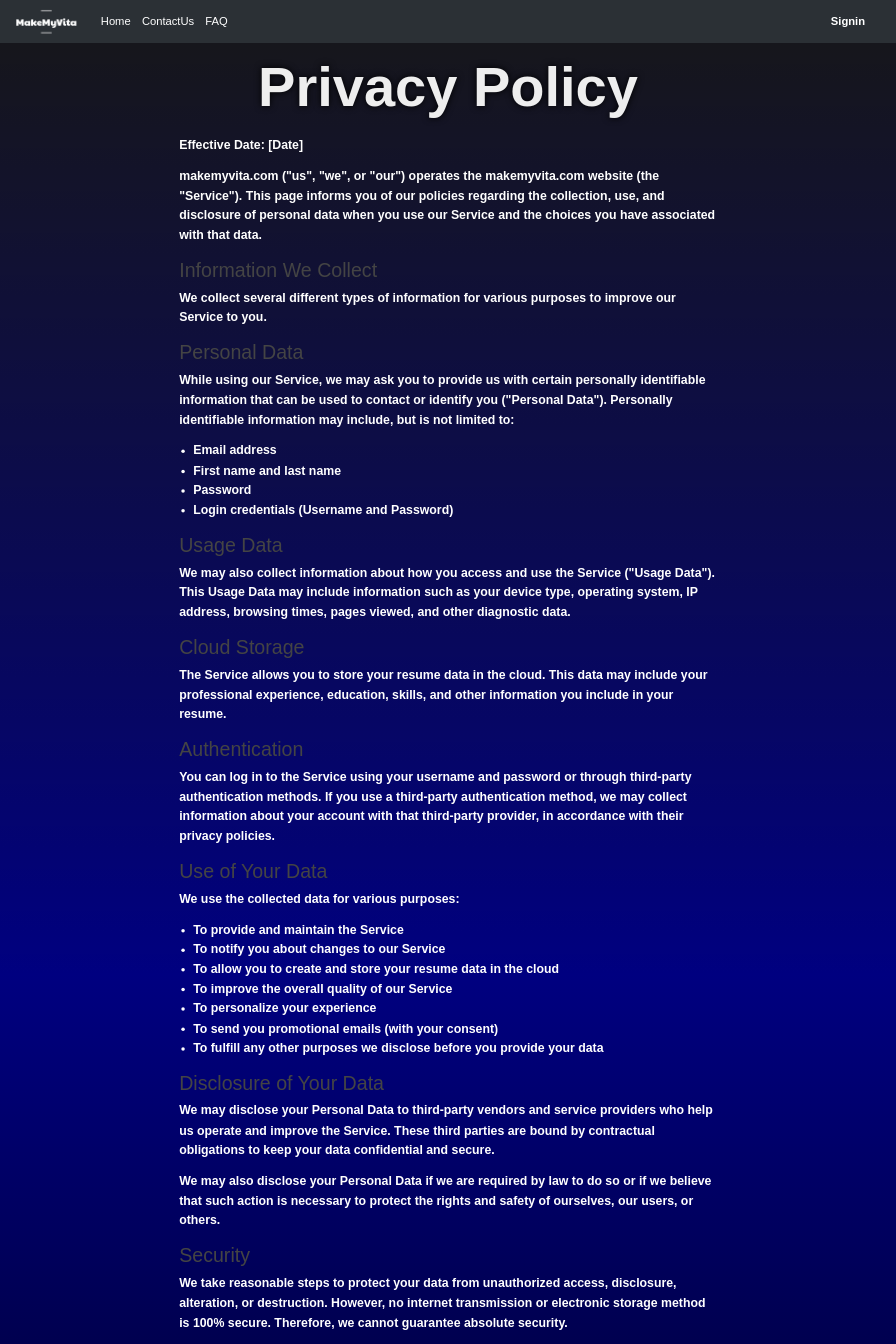
Repository: Tejaakshaykumar/MakeMyVita-Resume-Builder-Website
Page: /privacy (app in frontend/)
The author's editor kept a copy of each file at every save. The page is drawn from the files as they stood at one save, then again after the next save.
The browser window is 1280 px wide. The pictures show the part of the page from y = 0 to 1920 px (the page is 2976 px tall before and 3085 px after), at 70% of full size.
Some web libraries are served in a nearby version. The project was rebuilt for these pictures with package versions that can differ from the ones it lists, and the page was loaded fresh each time. Also part of the build but not shown: frontend/src/App.css, frontend/src/containers/About.js, frontend/src/containers/Buildresume.js, frontend/src/containers/Images.js, frontend/src/containers/Features.js, frontend/src/containers/Review.js, frontend/src/containers/Trybox.js, frontend/src/containers/Motionbox.js and 5 more.

Above is the page before, as saved 2024-06-10 12:01:26.

### frontend/public/index.html
<!DOCTYPE html>
<html lang="en">
  <head>
    <meta charset="utf-8" />
    <link rel="icon" href="%PUBLIC_URL%/favicon.ico" />
    <meta name="viewport" content="width=device-width, initial-scale=1" />
    <meta name="theme-color" content="#000000" />
    <meta
      name="description"
      content="Web site created using create-react-app"
    />
    <link rel="apple-touch-icon" href="%PUBLIC_URL%/logo192.png" />
    <!--
      manifest.json provides metadata used when your web app is installed on a
      user's mobile device or desktop. See https://developers.google.com/web/fundamentals/web-app-manifest/
    -->
    <link rel="manifest" href="%PUBLIC_URL%/manifest.json" />
    <link rel="stylesheet" href="https://stackpath.bootstrapcdn.com/bootstrap/4.5.2/css/bootstrap.min.css">
  <link rel="stylesheet" href="https://stackpath.bootstrapcdn.com/font-awesome/4.7.0/css/font-awesome.min.css">
  <link href="https://cdn.jsdelivr.net/npm/bootstrap@5.3.3/dist/css/bootstrap.min.css" rel="stylesheet" integrity="sha384-QWTKZyjpPEjISv5WaRU9OFeRpok6YctnYmDr5pNlyT2bRjXh0JMhjY6hW+ALEwIH" crossorigin="anonymous">
  <link href="https://cdn.jsdelivr.net/npm/bootstrap-icons@1.7.2/font/bootstrap-icons.css" rel="stylesheet">
    <!--
      Notice the use of %PUBLIC_URL% in the tags above.
      It will be replaced with the URL of the `public` folder during the build.
      Only files inside the `public` folder can be referenced from the HTML.

      Unlike "/favicon.ico" or "favicon.ico", "%PUBLIC_URL%/favicon.ico" will
      work correctly both with client-side routing and a non-root public URL.
      Learn how to configure a non-root public URL by running `npm run build`.
    -->
    <title>React App</title>
  </head>
  <body>
    <noscript>You need to enable JavaScript to run this app.</noscript>
    <div id="root"></div>
    <!--
      This HTML file is a template.
      If you open it directly in the browser, you will see an empty page.

      You can add webfonts, meta tags, or analytics to this file.
      The build step will place the bundled scripts into the <body> tag.

      To begin the development, run `npm start` or `yarn start`.
      To create a production bundle, use `npm run build` or `yarn build`.
    -->
  </body>
  <script src="https://cdn.jsdelivr.net/npm/bootstrap@5.3.3/dist/js/bootstrap.bundle.min.js" integrity="sha384-YvpcrYf0tY3lHB60NNkmXc5s9fDVZLESaAA55NDzOxhy9GkcIdslK1eN7N6jIeHz" crossorigin="anonymous"></script>
</html>

### frontend/src/containers/Navbar.js
import React from 'react';
import { useNavigate } from 'react-router-dom';
import logo from '../images/HubSpot Brand Kit/Logo/PNG/main-logo-white-transparent.png';
export default function Navbar() {
  const navigate = useNavigate();
  const handleSigninClick = () => {
    navigate('/signin');
  };
  return (
    <div>

      <nav className="navbar fixed-top navbar-expand-lg bg-body-tertiary" data-bs-theme="dark" >
      <div className="container-fluid" >
        <a className="navbar-brand" href="/">
        <img src={logo} alt="Logo" style={{height:'5vh',width:'15vh',objectFit:'cover'}} />
        </a>
        <button
          className="navbar-toggler"
          type="button"
          data-bs-toggle="collapse"
          data-bs-target="#navbarSupportedContent"
          aria-controls="navbarSupportedContent"
          aria-expanded="false"
          aria-label="Toggle navigation"
        >
          <span className="navbar-toggler-icon" />
        </button>
        <div className="collapse navbar-collapse" id="navbarSupportedContent">
          <ul className="navbar-nav me-auto mb-2 mb-lg-0">
            <li className="nav-item">
              <a className="nav-link active" aria-current="page" href="/">
                Home
              </a>
            </li>
            <li className="nav-item">
              <a className="nav-link active" aria-current="page" href="#">
                ContactUs
              </a>
            </li>
            <li className="nav-item">
              <a className="nav-link active" aria-current="page" href="/FAQ">
                FAQ
              </a>
            </li>
          </ul>
          <form className="d-flex">
            <button className=" btn btn-outline-success custom-btn" type="submit" onClick={handleSigninClick}>
            &nbsp;&nbsp;&nbsp;&nbsp;&nbsp;Signin&nbsp;&nbsp;&nbsp;&nbsp;&nbsp;
            </button>
          </form>
        </div>
      </div>
    </nav>

    </div>
  );
}

### frontend/src/containers/Foot.js
import React from 'react';
import './cont.css'; // Import the CSS file

export default function Foot() {
  return (
    <footer>
      <div className="footer-container ">
        <ul className="footer-nav">
        <li className="nav-item">
            <a className="nav-link" href="/aboutus">
              ABOUT US
            </a>
          </li>
          <>|</>
          <li className="nav-item">
            <a className="nav-link" href="/T&C">
              TERMS & CONDITIONS
            </a>
          </li>
          <>|</>
        <li className="nav-item">
            <a className="nav-link" href="/privacy">
              PRIVACY POLICY
            </a>
          </li>
          <>|</>
          <li className="nav-item">
            <a className="nav-link" href="#">
              CONTACT US
            </a>
          </li>
          <>|</>
          <li className="nav-item">
            <a className="nav-link" href="/FAQ">
              FAQs
            </a>
          </li>
        </ul>
        <div class="social-icons">
        <a href="https://www.facebook.com" target="_blank" aria-label="Facebook">
          <i class="bi bi-facebook"></i>
        </a>
        <a href="https://www.instagram.com" target="_blank" aria-label="Instagram">
          <i class="bi bi-instagram"></i>
        </a>
        <a href="https://www.pinterest.com" target="_blank" aria-label="Pinterest">
          <i class="bi bi-pinterest"></i>
        </a>
        <a href="https://www.youtube.com" target="_blank" aria-label="YouTube">
          <i class="bi bi-youtube"></i>
        </a>
        <a href="https://www.linkedin.com" target="_blank" aria-label="LinkedIn">
          <i class="bi bi-linkedin"></i>
        </a>
        <a href="https://www.twitter.com" target="_blank" aria-label="Twitter">
          <i class="bi bi-twitter"></i>
        </a>
      </div>
      <div className="footer-copy">
          &copy; 2024 developed by Teja Akshay Kumar
      </div>
      </div>
    </footer>
  );
}

### frontend/src/containers/cont.css
/* navbar */
.custom-btn {
  color: white;
}
.custom-btn:hover {
  color: black;
  background-color: white;
}

.footer-container {
  height: 25vh;
  width: 100%;
  background-color: rgb(0, 0, 0);
  color: white;
  display: flex;
  flex-direction: column;
  align-items: center;
  /* padding-bottom: 3%; */
  /* justify-content: center; */
}

.footer-nav {
  display: flex;
  list-style: none;
  padding-top: 30px;
  margin: 0;
}

.footer-nav .nav-item {
  margin: 0 50px;
}

.footer-nav .nav-item .nav-link {
  color: white;
  text-decoration: none;
  /* text-transform: uppercase; */
  /* text-decoration: underline; */
}

.footer-nav .nav-item .nav-link:hover {
  text-decoration: underline;
}

.footer-copy {
  /* padding-top: 5%; */
  text-align: center;
  font-size: large;
  font-weight: 500;
  /* padding-bottom: 3%; */
}

.social-icons {
  display: flex;
  justify-content: center;
  gap: 40px;
  padding: 40px;
  /* background-color: #f0f0f0; */
}

.social-icons a {
  color: #ffffff;
  font-size: 24px;
  text-decoration: none;
}

.social-icons a:hover {
  color: #007bff;
}

/* Features */

.feature-component {
  height: 90vh;
  width: 100%;
  display: flex;
  justify-content: flex-start;
  flex-wrap: wrap;
  margin-top: 10%;
  padding-left: 8%;
  padding-right: 8%;
}
.feature {
  flex: 1 1 30%;
  box-sizing: border-box;
  padding: 20px;
  margin: 10px;
  text-align: center;
  background-color: #fff;
  border-radius: 8px;
  /* box-shadow: 0 4px 8px rgba(0, 0, 0, 0.1); */
}

.feature img {
  width: 60px;
  height:80px;
  margin-bottom: 10px;
}

.feature h3 {
  font-size: 1.5em;
  margin-bottom: 10px;
  font-weight: 500;
  font-family:'Franklin Gothic Medium', 'Arial Narrow', Arial, sans-serif;
}

.feature p {
  font-size: 1.3em;
  color: #666;
  font-weight: 400;
  font-family: 'Gill Sans', 'Gill Sans MT', Calibri, 'Trebuchet MS', sans-serif;
}

.feature:hover {
  background: linear-gradient(to right, #fd4908, #1e90ff);
  box-shadow: black;
  border-radius: 5%;
  color: rgb(255, 255, 255);
}

.feature:hover h3,
.feature:hover p {
  color: rgb(255, 255, 255);
}

/* About */
.resume-builder-container {
  display: flex;
  flex-direction: row;
  justify-content: space-between;
  align-items: center;
  padding: 10vh;
  /* background-color: #fff; */
  background: linear-gradient(to right, #84eefc, #ffffff, #ffffff);
  /* background:linear-gradient(to left, #00e1ff,#ffffff, #ffffff); */
  /* border: 1px solid #ddd; */
  /* border-radius: 8px; */
  /* box-shadow: 0 2px 4px rgba(0, 0, 0, 0.1); */
  height: 80vh;
}

.resume-builder-container1 {
  display: flex;
  flex-direction: row;
  justify-content: space-between;
  align-items: center;
  padding: 10vh;
  height: 80vh;
  background: linear-gradient(to top, #ffffff, #59CE8F,#E8F9FD, #ffffff);
}

/* .resume-builder-image {
    -webkit-mask-image: radial-gradient(circle, rgba(0, 0, 0, 1) 50%, rgba(0, 0, 0, 0) 90%);
    mask-image: radial-gradient(circle, rgba(0, 0, 0, 1) 50%, rgba(0, 0, 0, 0) 90%);
  }
   */
.resume-builder-content {
  max-width: 60%;
  padding: 10%;
}

.resume-builder-content1 {
  max-width: 70%;
  padding: 10%;
}

.resume-builder-content h1 {
  font-size: 4em;
  color: #333;
  margin-bottom: 10px;
  font-family: "Franklin Gothic Medium", "Arial Narrow", Arial, sans-serif;
  text-align: left;
}

.resume-builder-content p {
  font-size: 1.4em;
  font-weight: 400;
  color: #666;
  line-height: 1.5;
  margin-bottom: 20px;
  /* padding-left: 2%; */
  /* text-align: center; */
}

.resume-builder-content1 h1 {
  font-size: 4em;
  color: #333;
  margin-bottom: 10px;
  font-family: "Franklin Gothic Medium", "Arial Narrow", Arial, sans-serif;
  text-align: left;
}

.resume-builder-content1 p {
  font-size: 1.4em;
  font-weight: 400;
  color: #666;
  line-height: 1.5;
  margin-bottom: 20px;
  /* padding-left: 2%; */
  /* text-align: center; */
}

.aboutbutton {
  height: 6vh;
  width: 27%;
  margin-left: 20%;
  margin-top: 2%;
  text-align: center;
  font-weight: 500;
  border-radius: 7px;
  color: #ffffff;
  font-weight: 700;
  transition: background 0.3s ease;
  /* border-style:solid; */
  border-color: white;
  background: #3e14fc;
  box-shadow: 0 2px 6px rgba(24, 23, 23, 0.801);
  /* box-shadow: #3e14fc; */
}
.aboutbutton:hover {
  transition: background 0.3s ease;
  border-style: solid;
  background: linear-gradient(to right, #ffd000, #ff0000);
  box-shadow: #3e14fc;
}

.create-now-button {
  background-color: #00b0ff;
  color: #fff;
  border: none;
  padding: 10px 20px;
  font-size: 1em;
  border-radius: 5px;
  cursor: pointer;
}

.create-now-button:hover {
  background-color: #008cba;
}

.resume-builder-image {
  max-width: 40%;
}

.resume-builder-image img {
  max-width: 100%;
  height: auto;
  border-radius: 8px;
}

.text-gradient {
  background: linear-gradient(to right, #ff7f50, #1e90ff);
  -webkit-background-clip: text;
  -webkit-text-fill-color: transparent;
  background-clip: text;
  color: transparent;
}

.icon-container {
  width: 100%;
  height: 100px;
  overflow: hidden;
  white-space: nowrap;
  position: relative;
  background-color: #ffffff;
  padding-bottom: 25px;
}

.icons {
  display: inline-block;
  animation: moveIcons 40s linear infinite;
}

.icons img {
  font-size: 24px;
  margin: 0 15px; /* Add some margin between icons */
  color: #333;
  /* width: 100px; Adjust the size as needed */
  height: 50px;
}

@keyframes moveIcons {
  0% {
    transform: translateX(70%);
  }
  100% {
    transform: translateX(-100%);
  }
}

.try {
  height: 30vh;
  width: 100%;
  background-image: url("C:/Users/tejaa/Downloads/pexels-magda-ehlers-pexels-1279813.jpg");
  background-size: cover;
  align-items: center;
  display: flex;
  flex-direction: column;
  justify-content: center;
  margin-bottom: 7vh;
  margin-top: 5vh;
}

.try h2 {
  font-size: 280%;
  color: antiquewhite;
  text-shadow: 5px 5px 3px rgba(0, 0, 0, 0.3);
}
.try button {
  height: 4vh;
  width: 15%;
  font-weight: 700;
  border-radius: 5cm;
  color: blanchedalmond;
  border: #ffffff;
  background: linear-gradient(to right, #fd0808, #a51eff);
}

/* Review */
/* Styles for the main container */
/* Swiper specific styles */
/* #App {
  height: 100%;
}
html,
body {
  position: relative;
  height: 100%;
}

body {
  background: #eee;
  font-family: Helvetica Neue, Helvetica, Arial, sans-serif;
  font-size: 14px;
  color: #000;
  margin: 0;
  padding: 0;
} */
.swiper-container {
  /* position: relative; */
  height: 30vh;
  background: #ffffff;
  font-family: Helvetica Neue, Helvetica, Arial, sans-serif;
  font-size: 14px;
  color: #000;
  margin: 30px;
  padding: 10px;
  display: flex;
  flex-direction: row;
  justify-content: center;
}

.swiper {
  width: 100%;
  height: 100%;
}

.swiper-slide {
  text-align: center;
  font-size: 18px;
  background: #ffffff;
  display: flex;
  justify-content: center;
  align-items: center;
  padding-top: 20%;
  /* margin: 5%; */
}

.swiper-slide img {
  display: block;
  width: 100%;
  height: 100%;
  object-fit: cover;
}

.autoplay-progress {
  position: absolute;
  right: 16px;
  bottom: 16px;
  z-index: 10;
  width: 48px;
  height: 48px;
  display: flex;
  align-items: center;
  justify-content: center;
  font-weight: bold;
  color: var(--swiper-theme-color);
}

.autoplay-progress svg {
  --progress: 0;
  position: absolute;
  left: 0;
  top: 0px;
  z-index: 10;
  width: 100%;
  height: 100%;
  stroke-width: 4px;
  stroke: var(--swiper-theme-color);
  fill: none;
  stroke-dashoffset: calc(125.6px * (1 - var(--progress)));
  stroke-dasharray: 125.6;
  transform: rotate(-90deg);
}

### frontend/src/pages/pagestyles.css
/* TandC */

.tandc-container {
    max-width: 100%;
    padding: 6% 20%;
    font-family: Arial, sans-serif;
    background: linear-gradient(to top,rgb(0, 0, 0),navy,rgba(0, 0, 0, 0.911));
    color:#eee;
    margin-bottom: -2%;

  }

  .tandc-container h1 {
    text-align: center;
    margin-bottom: 20px;
    font-weight: 700;
    color: #eee;
    font-size: 5rem;
    text-shadow: 0px 0px 10px rgb(0, 0, 0);
  }

  .tandc-container h2 {
    margin-top: 30px;
    color: #eee;
    font-weight: 700;
    font-size: 1.7rem;
    text-shadow: 0px 0px 10px rgba(0, 0, 0, 0.884);
  }

  .tandc-container p {
    line-height: 1.6;
    font-weight: 600;
    font-size: 1.1rem;
  }

  .tandc-container ul {
    list-style-type: disc;
    padding-left: 20px;
    font-weight: 600;
    font-size: 1.1rem;
  }

  .tandc-container a {
    color: #1a73e8;
    text-decoration: none;
  }

  .tandc-container a:hover {
    text-decoration: underline;
  }


  /* Privacy */
  .privacy-container {
    max-width: 100%;
    padding: 6% 20%;
    font-family: 'Arial', sans-serif;
    color: #ffffff;
    line-height: 1.6;
    background: linear-gradient(to top,rgb(0, 0, 0),navy,rgba(0, 0, 0, 0.911));
    /* border-radius: 8px; */
    /* box-shadow: 0 0 10px rgba(0, 0, 0, 0.1); */
    margin-bottom: -2%;
  }

  .privacy-container h1 {
    text-align: center;
    margin-bottom: 20px;
    font-weight: 700;
    color: #eee;
    font-size: 5rem;
    text-shadow: 0px 0px 10px rgb(0, 0, 0);
  }

  .privacy-container h2 {
    color: #444;
    font-size: 1.75rem;
    margin-top: 20px;
  }

  .privacy-container h3 {
    margin-top: 30px;
    color: #eee;
    font-weight: 700;
    font-size: 1.7rem;
    text-shadow: 0px 0px 10px rgba(0, 0, 0, 0.884);
  }

  .privacy-container p {
    line-height: 1.6;
    font-weight: 600;
    font-size: 1.1rem;
  }

  .privacy-container ul {
    list-style-type: disc;
    padding-left: 20px;
    font-weight: 600;
    font-size: 1.1rem;
  }

  .privacy-container a {
    color: #1a73e8;
    text-decoration: none;
  }

  .privacy-container a:hover {
    text-decoration: underline;
  }

  @media (max-width: 600px) {
    .privacy-container {
      padding: 10px;
    }

    h1 {
      font-size: 2rem;
    }

    h2 {
      font-size: 1.5rem;
    }

    h3 {
      font-size: 1.25rem;
    }
  }

  /* Aboutus */
  .about-container {
    font-family: 'Arial', sans-serif;
    color: #fff;
    max-width: 1200px;
    margin: 0 auto;
    padding: 20px;
    background-color: #000; /* For overall contrast, adjust as needed */
  }

  .about-top {
    position: relative;
    text-align: center;
    color: white;
  }

  .about-image {
    width: 100%;
    height: auto;
    border-radius: 10px;
    opacity: 0.8;
  }

  .about-content {
    position: absolute;
    top: 50%;
    left: 50%;
    transform: translate(-50%, -50%);
    background-color: rgba(0, 0, 0, 0.5); /* Semi-transparent background */
    padding: 20px;
    border-radius: 10px;
    max-width: 90%;
    text-align: left;
  }

  .about-content h1 {
    font-size: 3rem;
    margin-bottom: 10px;
  }

  .about-content p {
    font-size: 1.2rem;
  }

  .about-bottom {
    background-color: #222;
    padding: 40px;
    border-radius: 10px;
    margin-top: 20px;
  }

  .about-bottom h2 {
    font-size: 2rem;
    margin-bottom: 20px;
  }

  .about-bottom p,
  .about-bottom ul {
    font-size: 1.2rem;
    line-height: 1.6;
  }

  .about-bottom ul {
    list-style-type: disc;
    padding-left: 20px;
  }

  .about-bottom h3 {
    font-size: 1.5rem;
    margin-top: 20px;
  }

  @media (max-width: 768px) {
    .about-content h1 {
      font-size: 2rem;
    }

    .about-content p {
      font-size: 1rem;
    }

    .about-bottom h2 {
      font-size: 1.5rem;
    }

    .about-bottom p,
    .about-bottom ul {
      font-size: 1rem;
    }
  }

  /* FAQ */
  /* styles.css */

/* body, html {
  margin: 0;
  padding: 0;
  font-family: Arial, sans-serif;
  background-color: #f7f7f7;
}

.app {
  display: flex;
  justify-content: center;
  align-items: center;
  min-height: 100vh;
  padding: 20px;
} */

.faq-container {
  background-color: white;
  padding: 20px;
  border-radius: 8px;
  max-width: 800px;
  width: 100%;
  box-shadow: 0 4px 8px rgba(0, 0, 0, 0.1);
}

.faq-container h1 {
  text-align: center;
  margin-bottom: 20px;
}

.faq-container input {
  width: 100%;
  padding: 10px;
  margin-bottom: 20px;
  border: 1px solid #ccc;
  border-radius: 4px;
}

.faq-list {
  max-height: 500px;
  overflow-y: auto;
}

.faq-item {
  border-bottom: 1px solid #eee;
  padding: 10px 0;
}

.faq-question {
  cursor: pointer;
  font-weight: bold;
}

.faq-answer {
  margin-top: 10px;
}

.related-articles {
  margin-top: 10px;
}

.related-articles h4 {
  margin-bottom: 5px;
}

.related-articles ul {
  padding-left: 20px;
  margin: 0;
}

.related-articles li {
  list-style-type: disc;
}



  /* Dashboard */
  body {
    font-family: Arial, sans-serif;
  }

  .sidebar {
    position: fixed;
    top: 0;
    bottom: 0;
    left: 0;
    z-index: 100;
    padding: 48px 0 0;
    box-shadow: inset -1px 0 0 rgba(0, 0, 0, .1);
  }

  .sidebar .nav-link {
    font-weight: 500;
    color: #333;
  }

  .sidebar .nav-link.active {
    color: #007bff;
  }

  .sidebar .nav-link:hover {
    color: #007bff;
  }

  .sidebar .sidebar-title {
    padding: 16px;
    font-size: 1.5rem;
    text-align: center;
  }

  .sidebar-footer {
    position: absolute;
    bottom: 0;
    width: 100%;
    padding: 16px;
    text-align: center;
  }

  .sidebar-footer .nav-link {
    color: #007bff;
  }

  .sidebar-footer .nav-link:hover {
    color: #0056b3;
  }

  .badge-new {
    background-color: #28a745;
    color: white;
    padding: 4px 8px;
    border-radius: 12px;
  }

  .card {
    margin-bottom: 1.5rem;
  }

  .card-title {
    font-size: 1.5rem;
    font-weight: bold;
  }

  .alert {
    margin-bottom: 0;
    font-size: 0.875rem;
  }

  @media (max-width: 767.98px) {
    .sidebar {
      position: relative;
      width: 100%;
      height: auto;
    }

    .sidebar .nav-link {
      font-size: 0.875rem;
    }
  }


  /* Signin */


  .signin {
    /* background: linear-gradient(45deg, #a1c4fd, #c2e9fb); */
    font-family: 'Arial', sans-serif;
    /* background:linear-gradient(to top,#000000,#5A72A0,#83B4FF,#FDFFE2); */
    background:linear-gradient(to top,#000000,#243763);
    /* background:linear-gradient(to top,#000000,#E96479,#F5E9CF,#c4fffd); */

    height: 100vh;
    display: flex;
    justify-content: center;
    align-items: center;
    margin-bottom: -2%;
  }

  .signin-container {
    text-align: center;

  }

  .signin-box {
    background: #fff;
    padding: 40px;
    border-radius: 8px;
    box-shadow: 0px 0px 20px rgba(0, 0, 0, 0.301);
    width: 500px;
    max-width: 90%;
  }

  .signin-header h2 {
    font-size: 24px;
    font-weight: 700;
    margin-bottom: 10px;
  }

  .signin-header p {
    font-size: 14px;
    color: #777;
    margin-bottom: 20px;
  }

  .form-group {
    margin-bottom: 15px;
  }

  .form-group label {
    display: block;
    text-align: left;
    margin-bottom: 5px;
  }

  .form-control {
    width: 100%;
    padding: 10px;
    border: 1px solid #ccc;
    border-radius: 4px;
    box-sizing: border-box;
  }

  .input-group {
    display: flex;
    align-items: center;
  }

  .input-group-append {
    background: #fff;
    border: 1px solid #ccc;
    border-left: 0;
    padding: 10px;
    border-radius: 0 4px 4px 0;
    cursor: pointer;
  }

  .form-check {
    display: flex;
    align-items: center;
    justify-content: space-between;
    margin: 20px 0;
  }

  .form-check-input {
    margin-right: 10px;
  }

  .form-check-label {
    margin-right: auto;
  }

  .forgot-password {
    color: #000;
    text-decoration: none;
  }

  .btn {
    width: 100%;
    padding: 10px;
    border: none;
    border-radius: 4px;
    cursor: pointer;
    font-size: 16px;
    font-weight: bold;
  }

  .btn-primary {
    background: #000;
    color: #fff;
  }

  .or-use {
    margin: 20px 0;
  }

  .or-use span {
    background: #fff;
    padding: 0 10px;
    color: #777;
  }

  .social-login {
    display: flex;
    justify-content: center;
    margin: 20px 0;
  }

  .social-login button {
    margin: 0 10px;
    width: 50px;
    height: 50px;
    border-radius: 50%;
    border: 1px solid #ccc;
    display: inline-flex;
    justify-content: center;
    align-items: center;
    background: #fff;
    cursor: pointer;
  }

  footer {
    margin-top: 20px;
  }

  footer p {
    font-size: 14px;
    color: #777;
  }

Loaded but not shown: frontend/src/index.js (common file); frontend/src/index.css (common file); frontend/src/reportWebVitals.js (common file); frontend/src/pages/Privacy.js (121 lines, source omitted); frontend/src/App.js (99 lines, source omitted)

After the next save:
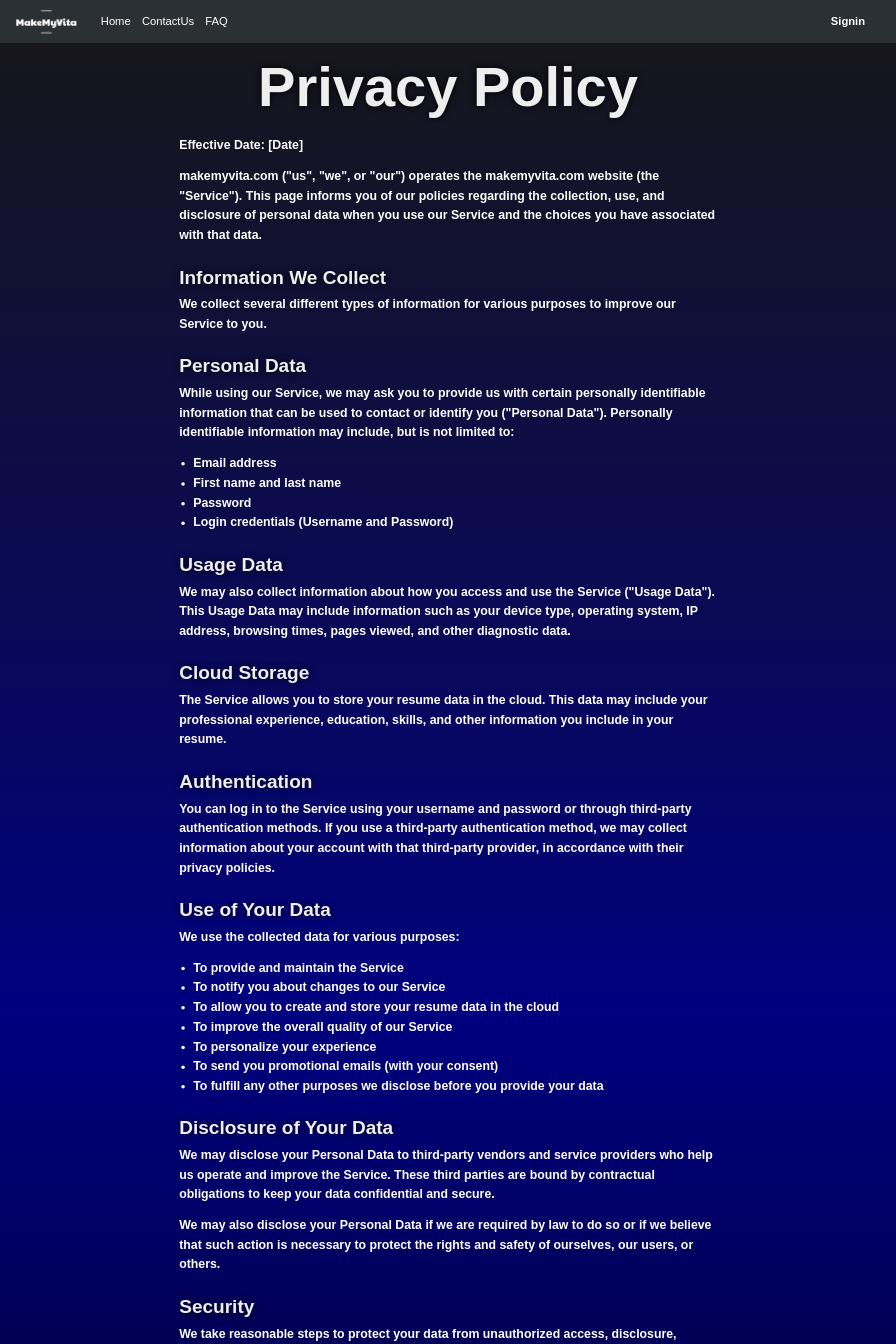
Saved 21 s later.
--- a/frontend/src/pages/pagestyles.css
+++ b/frontend/src/pages/pagestyles.css
@@ -78,7 +78,7 @@
     margin-top: 20px;
   }
 
-  .privacy-container h3 {
+  .privacy-container h2 {
     margin-top: 30px;
     color: #eee;
     font-weight: 700;
